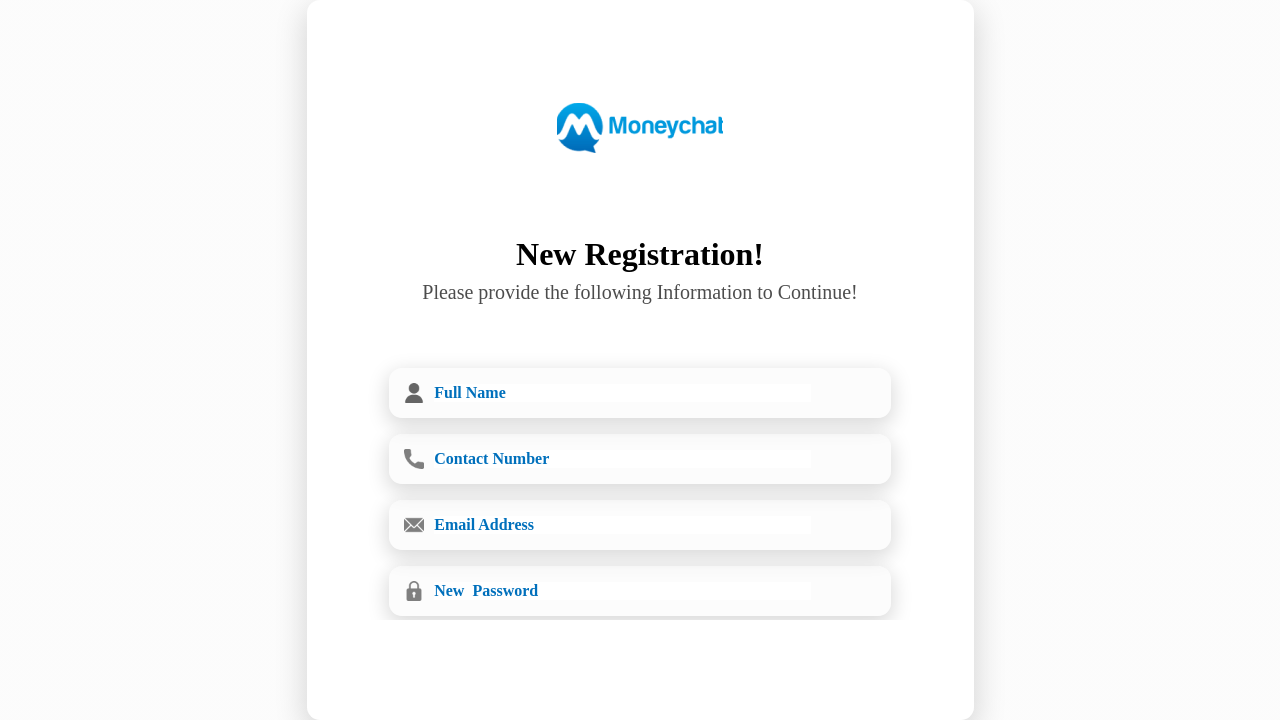
Repository: FlyweisReact/Money-Chat
Page: /register
An editor plug-in stored every save of this project. The page is shown before and after a run of saves, followed by the edit.
The browser window is 1280 px wide. The pictures show the whole page.
The project was rebuilt for these pictures with package versions that can differ from the ones it lists, and the page was loaded fresh each time. Also part of the build but not shown: src/forms/Login.jsx.

Above is the page before, as saved 2023-11-29 14:52:38.

### src/index.js
import React from "react";
import ReactDOM from "react-dom/client";
import "./index.css";
import App from "./App";
import { BrowserRouter } from "react-router-dom";
import 'bootstrap/dist/css/bootstrap.min.css'
// Commit Changes
const root = ReactDOM.createRoot(document.getElementById("root"));
root.render(
  <React.StrictMode>
    <BrowserRouter>
      <App />
    </BrowserRouter>
  </React.StrictMode>
);

### src/index.css
/** @format */

@tailwind base;
@tailwind components;
@tailwind utilities;

body {
  margin: 0;
  font-family: Quicksand !important;
  -webkit-font-smoothing: antialiased;
  -moz-osx-font-smoothing: grayscale;
}

code {
  font-family: Quicksand !important;
}

html {
  font-family: Quicksand !important;
}

::-webkit-scrollbar {
  width: 10px;
}
.fa-trash {
  color: red;
  cursor: pointer;
}

.iCOn {
  transition: 0.5s;
  box-shadow: none;
  transform: scale(1);
}
.cardDiv {
  cursor: pointer;
  width: 350px;
}
.CardDiv_Container {
  display: flex;
  flex-wrap: wrap;
  justify-content: center;
}

.cardDiv:hover .iCOn {
  box-shadow: rgba(0, 0, 0, 0.35) 0px 5px 15px;
  transform: scale(1.3);
}

/* Track */
::-webkit-scrollbar-track {
  background: #f1f1f1;
}

/* Handle */
::-webkit-scrollbar-thumb {
  background: #888;
}

/* Handle on hover */
::-webkit-scrollbar-thumb:hover {
  background: #555;
}
.profileImage {
  width: 100px;
}
.fa-eye {
  color: #029aff;
  cursor: pointer;
}
.fa-edit {
  cursor: pointer;
  color: blue;
}

.View {
  border: 1px solid black;
  width: 100%;
  padding: 10px;
}

.main-card--container {
  display: grid;
  grid-template-columns: repeat(3, minmax(300px, 500px));
  grid-gap: 50px;
  justify-content: space-around;
}
.card-container {
  margin: 25px 0 auto;
  box-shadow: rgba(0, 0, 0, 0.35) 0px 5px 15px;
  position: relative;
  display: grid;
  grid-template-columns: 1fr;
  justify-content: space-around;
  align-items: flex-start;
}

.myEdit:focus {
  box-shadow: rgba(0, 0, 0, 0.35) 0px 5px 15px;
}

.AstroLogin {
  color: #fff;
  background-color: #2b7a8e;
  padding: 10px;
  width: 380px;
  text-align: center;
  font-size: 20px;
  background: linear-gradient(to left, #2b7a8e 50%, #fff 50%) right;
  background-size: 200%;
  transition: 0.5s ease-out;
  border: 1px solid #2b7a8e;
  margin-top: 10px;
  text-transform: uppercase;
}
.AstroLogin:hover {
  background-position: left;
  color: #2b7a8e;
}

.EcommerceAdminLogin {
  color: #fff;
  background-color: #0c0c0c;
  padding: 10px;
  width: 380px;
  text-align: center;
  font-size: 20px;
  background: linear-gradient(to left, #0c0c0c 50%, #fff 50%) right;
  background-size: 200%;
  transition: 0.5s ease-out;
  border: 2px solid #0c0c0c;
  margin-top: 10px;
  text-transform: uppercase;
}

.EcommerceAdminLogin:hover {
  background-position: left;
  color: #0c0c0c;
  font-weight: bold;
}
.EcommerceVendorLogin {
  color: #fff;
  background-color: #576cbc;
  padding: 10px;
  width: 380px;
  text-align: center;
  font-size: 20px;
  background: linear-gradient(to left, #576cbc 50%, #fff 50%) right;
  background-size: 200%;
  transition: 0.5s ease-out;
  border: 1px solid #576cbc;
  margin-top: 10px;
  text-transform: uppercase;
}

.EcommerceVendorLogin:hover {
  background-position: left;
  color: #576cbc;
}

.view {
  background-color: #2196f3;
  color: #fff;
  width: 50%;
  padding: 5px;
}

.two-sec {
  display: flex;
  justify-content: space-evenly;
  justify-content: space-evenly;
}
.two-sec .left {
  width: 60%;
  background-color: #f6f1ef;
  padding: 20px;
}
.two-sec .left .head {
  font-size: 25px;
  font-weight: bold;
}

.two-sec .right {
  width: 30%;
  background-color: #f6f1ef;
}

.searchDiv {
  width: 100%;
  display: flex;
  gap: 10px;
  border: 1px solid rgb(179, 179, 179);
  padding: 10px;
  margin-bottom: 20px;
  align-items: center;
}
.searchDiv input {
  width: 94%;
  outline: none;
  border: none;
}

.flexCont {
  display: flex;
  align-items: center;
  gap: 10px;
}
.flexCont img {
  width: 60px;
  background-color: #e9ecef;
}

.blockContent {
  display: block;
}
.blockContent p {
  margin: 0;
}

.checkBox {
  width: 50px;
  height: 25px;
  background-color: #e9ecef;
  border-radius: 50px;
  position: relative;
  cursor: pointer;
}
.checkBox span {
  width: 20px;
  height: 20px;
  border-radius: 100%;
  background-color: #fff;
  position: absolute;
  left: 5px;
  top: 2px;
}
.ActivecheckBox {
  width: 50px;
  height: 25px;
  background-color: #0d6efd;
  border-radius: 50px;
  position: relative;
  cursor: pointer;
}
.ActivecheckBox span {
  width: 20px;
  height: 20px;
  border-radius: 100%;
  background-color: #fff;
  position: absolute;
  right: 5px;
  top: 2px;
}

.fa-eye {
  color: #0cba73;
  background-color: #d6f8e8;
  width: 35px;
  text-align: center;
  height: 35px;
  display: flex;
  border-radius: 100%;
  justify-content: center;
  padding-top: 10px;
  transition: 0.5s;
}

.fa-pen-to-square {
  color: #f4c39c;
  background-color: #ffebdb;
  width: 35px;
  text-align: center;
  height: 35px;
  display: flex;
  border-radius: 100%;
  justify-content: center;
  padding-top: 10px;
  cursor: pointer;
  transition: 0.5s;
}
.fa-trash {
  color: #df939f;
  background-color: #ffe1e8;
  width: 35px;
  text-align: center;
  height: 35px;
  display: flex;
  border-radius: 100%;
  justify-content: center;
  padding-top: 10px;
  cursor: pointer;
  transition: 0.5s;
}
.fa-trash:hover {
  transform: scale(1.2);
}
.fa-eye:hover {
  transform: scale(1.2);
}
.fa-pen-to-square:hover {
  transform: scale(1.2);
}
.required {
  color: #e74260;
}

.headP {
  /* font-weight: 600; */
  /* font-size: 25px; */
  color: #7b7c7d;
}
.filterBox {
  display: flex;
  align-items: center;
  gap: 10px;
  border-bottom: 1px solid #d4d7dc;
  padding-bottom: 20px;
  margin-bottom: 20px;
}
.filterBox img {
  width: 30px;
}
.filterBox input {
  width: 100%;
  border: 1px solid #d4d7dc;
  outline: none;
  padding: 5px;
  color: black;
  text-transform: capitalize;
}
.sectionCont {
  /* width: 98%; */
  background-color: #fff;
  /* margin-left: 2%; */
  padding: 20px;
}

.overFlowCont {
  width: 100%;
  overflow-x: auto;
}

.logo {
  width: 100px;
  margin-bottom: 20px;
}

.updateProfile {
  margin-left: 20px;
  border: 1px solid #fff;
  border-radius: 100%;
  font-size: 1.2rem;
  padding: 10px;
  transition: 0.5s;
  cursor: pointer;
}
.updateProfile:hover {
  border: 1px solid #19376d;
  color: #19376d;
  background-color: #fff;
}

.Normalbtn {
  background-color: #19376d !important;
  border: 1px solid #19376d !important;
  border-radius: 0px !important;
}

.ImageCarousel {
  width: 150px !important;
  margin: 0px !important;
  height: 150px !important;
}
.CarouselImages {
  width: 60px;
  height: auto;
}
.CarouselImages img {
  width: 100% !important;
  height: 100% !important;
}

.ModalCarousel {
  width: 100% !important;
  height: 500px !important;
}
.ModalCarousel {
  width: 100% !important;
  height: 500px !important;
}
.ModalCarousel img {
  width: 100% !important;
  height: 500px !important;
}

.gridCont {
  display: grid;
  grid-template-columns: auto auto auto;
  justify-content: space-evenly;
}
.gridCont div {
  width: 400px;
  height: 300px;
  box-shadow: rgba(0, 0, 0, 0.35) 0px 5px 15px;
  padding: 10px;
  position: relative;
  margin-top: 20px;
}
.gridCont div img {
  width: 100%;
}
.delete-Btn {
  width: 90%;
  margin-left: 2%;
  color: #c44b3f;
  border: 1px solid #c44b3f;
  position: absolute;
  bottom: 10px;
  transition: 0.5s;
  padding: 10px;
}

.delete-Btn:hover {
  background-color: #c44b3f;
  color: #fff;
}

.BannerCarousel {
  width: 300px;
  margin: 0px !important;
}
.BannerCarouselImage {
  width: 300px;
}
.BannerCarouselImage img {
  width: 100%;
}

.pagination {
  display: flex;
  justify-content: center;
  align-items: center;
  gap: 10px;
  margin-bottom: 20px;
}
.pagination button {
  border: 1px solid black;
  padding: 10px;
}

.activePage {
  background-color: #19376d;
  color: #fff;
  border: 1px solid #19376d !important;
}

.active {
  background-color: #fff;
  color: #19376d !important;
}
.prevBtn {
  background-color: #fff;
  color: #19376d;
  border: 1px solid #19376d !important;
  transition: 0.5s;
}

.prevBtn:hover,
.prevBtn:focus,
.prevBtn:active {
  background-color: #19376d;
  color: #fff;
  border: 1px solid #19376d !important;
}
.nextBtn {
  background-color: #fff;
  color: #19376d;
  border: 1px solid #19376d !important;
  transition: 0.5s;
}

.nextBtn:hover,
.nextBtn:focus,
.nextBtn:active {
  background-color: #19376d;
  color: #fff;
  border: 1px solid #19376d !important;
}

.dangerBox {
  position: relative;
}
.dangerBox i {
  position: absolute;
  top: 50%;
  left: 90%;
  transform: translate(-50%, -50%);
  cursor: pointer;
}

.centerImage {
  max-width: 300px;
}
.img-cont {
  display: flex;
  gap: 40px;
  /* justify-content: center; */
  align-items: center;
}

/* ============== user data styling =========*/

.ud2 {
  display: flex;
  justify-content: space-between;
  margin-top: 20px;
}
.ud3 {
  width: 49%;
}
.ud4 {
  width: 49%;
}

.ud4 button {
  background: #c44b3f;
  width: 50%;
  height: 40px;
  border-radius: 4px;
  border: none;
  color: #fff;
}

/* ============ single order styling ================*/

#pdfGen {
  margin: 20px;
}
#pdfGen .Heading-Container {
  display: flex;
  align-items: center;
}
#pdfGen .Heading-Container img {
  width: 100px;
}
#pdfGen .Heading-Container .content {
  width: 80%;
  text-align: center;
}
#pdfGen .Heading-Container .content h2 {
  margin: 0;
  font-weight: bold;
  font-size: 25px;
}
#pdfGen .Heading-Container .content p {
  margin: 0;
  font-size: 14px;
  font-weight: 600;
  color: #a8a1a1;
}

.two-cont {
  display: flex;
  justify-content: space-between;
  padding-top: 10px;
  gap: 20px;
}
.two-cont p {
  margin: 0;
}
.two-cont .left {
  width: 40%;
}
.two-cont .left h6 {
  font-size: 14px;
  font-weight: bold;
}
.two-cont .left .box {
  border: 2px solid black;
  width: 100%;
  padding: 8px;
}
.two-cont .left .box p {
  font-size: 15px;
}
.two-cont .left .box .strong {
  font-weight: bold;
}
.two-cont .left .box p {
  font-weight: 600;
}
.two-cont .right {
  width: 60%;
  border: 2px solid black;
  padding: 10px;
}
.two-cont .right table {
  width: 100%;
  table-layout: fixed;
}
.two-cont .right td {
  font-weight: 900 !important;
  padding: 5px;
}
.bordererd {
  border-right: 2px solid black;
}
#pdfGen .empty {
  background-color: #000;
  height: 2px;
  margin-top: 20px;
}

#pdfGen {
  min-height: 100vh;
  display: flex;
  justify-content: space-between;
  flex-direction: column;
}

#pdfGen .Table {
  width: 100%;
  margin-top: 20px;
}
#pdfGen .Table tbody tr {
  border: 1px solid black;
}
#pdfGen .Table tbody tr td {
  padding: 5px;
  padding-bottom: 10px;
}

#pdfGen .Main_Table {
  display: flex;
  justify-content: flex-end;
  align-items: center;
  padding-top: 10px;
  gap: 50px;
  align-items: center;
}
#pdfGen .Main_Table p {
  font-weight: 900;
}

#pdfGen .below_Div .four-sec {
  display: flex;
  justify-content: space-evenly;
  border-top: 2px solid black;
  border-bottom: 2px solid black;
  padding: 4px;
}
#pdfGen .below_Div .four-sec p {
  margin: 0;
  font-size: 13px;
  text-align: center;
}
#pdfGen .below_Div .four-sec .stronger {
  font-weight: bold;
}

#pdfGen .below_Div .big_Head {
  font-size: 25px;
  background-color: #85827b;
  text-align: center;
  font-weight: bold;
  color: #fff;
  padding: 0;
  margin: 0;
  padding-bottom: 10px;
}
#pdfGen .below_Div .text-cont p {
  margin: 0;
  font-weight: 700;
  font-size: 14px;
  color: #85827b;
}
#pdfGen .below_Div .text-cont {
  text-align: center;
}
#pdfGen .below_Div .text-cont h5 {
  margin: 0;
  font-weight: 900;
}

.so2 {
  width: 100%;
}

.so4 {
  display: flex;
  justify-content: space-between;
}
.so4 p {
  margin: 0;
}

.searchByDate {
  display: flex;
  align-items: center;
  gap: 10px;
  border-bottom: 1px solid #d4d7dc;
  padding-bottom: 20px;
  margin-bottom: 20px;
  flex-wrap: wrap;
  justify-content: space-between;
}
.searchByDate div {
  width: 45%;
  display: flex;
  gap: 20px;
  align-items: center;
}
.searchByDate input {
  border: 1px solid #d4d7dc;
  width: 80%;
  padding: 10px;
  outline: none;
}

.so5 {
  margin-top: 20px;
  width: 98;
  margin-left: 1%;
}

.so5 table {
  width: 100%;
}
.so5 table th,
td {
  font-size: 13px;
  font-weight: 600;
}
.so6 {
  margin-top: 40px;
  margin-left: 65%;
  width: 30%;
}

.so7 {
  display: flex;
  justify-content: space-between;
  width: 80%;
}
.so7 p {
  margin: 0;
}

.downloadBtn {
  background: #0cba73;
  height: 40px;
  color: #fff;
  border-radius: 4px;
  padding: 10px;
}

.Info_Box p {
  margin: 0;
}
.Info_Box .title {
  margin-bottom: 5px;
  font-size: 20px;
  font-weight: 700;
}
.Info_Box .desc {
  border: 1px solid #ced4da;
  padding: 10px;
  border-radius: 5px;
}

.Desc-Container p.title {
  margin-bottom: 0.5rem;
}
.Desc-Container p.desc {
  display: block;
  width: 100%;
  padding: 0.375rem 0.75rem;
  font-size: 1rem;
  font-weight: 400;
  line-height: 1.5;
  color: #212529;
  border: 1px solid #ced4da;
  border-radius: 0.375rem;
  background-color: #e9ecef;
  overflow-wrap: anywhere;
}

.Schedule_Enquiry_Modal {
  background-color: rgb(10, 72, 173);
  color: #fff;
}
.Schedule_Enquiry_Modal .close_btn {
  display: flex;
  justify-content: space-between;
  align-items: center;
}
.Schedule_Enquiry_Modal .close_btn h4 {
  margin: 0;
}
.Schedule_Enquiry_Modal .close_btn i {
  font-size: 20px;
  cursor: pointer;
}

.searchByDate select {
  border: 1px solid #d4d7dc;
  padding: 10px;
  outline: none;
}

/*Chat  */
.chat {
  display: flex;
  gap: 40px;
  align-items: flex-start;
}
.chat .sidebar {
  flex: 0 0 30%;
  max-width: 30%;
  border: 1px solid #ddd;
}
.chat .menu-list .container {
  display: flex;
  gap: 10px;
  align-items: center;
  cursor: pointer;
  border-top: 1px solid #ddd;
  height: 72px;
}
.chat .menu-list .container:hover {
  background-color: #f0f2f5;
}
.chat .menu-list .container.active {
  background-color: #f0f2f5;
}
.chat .menu-list .container:first-child {
  border: none;
}
.chat .menu-list .container img {
  width: 49px;
  height: 49px;
  border-radius: 100%;
  vertical-align: middle;
}
.chat .menu-list .container p {
  font-size: 20px;
  font-weight: 700;
  margin: 0;
  padding-right: 15px;
}

.chat .content {
  flex: 70%;
  max-width: 70%;
}
.chat .chat-box {
  border: 1px solid #ddd;
  padding: 20px;
}
.chat .chat-box .ttt {
  max-height: 500px;
  overflow-y: scroll;
  padding: 20px;
}
.chat .chat-box .img-container {
  display: flex;
  gap: 10px;
  align-items: center;
  cursor: pointer;
  margin-top: 10px;
}
.chat .chat-box .img-container img {
  width: 30px;
  height: 30px;
  border-radius: 100%;
  vertical-align: middle;
}
.chat .chat-box .img-container span {
  font-size: 12px;
  font-weight: 700;
  margin: 0;
}
.chat .chat-box .img-container span .date {
  margin-left: 10px;
}

.chat .chat-box .text {
  font-size: 16px;
  margin: 0;
  padding-top: 10px;
  width: 100%;
}

.chat .chat-box .right {
  display: flex;
  flex-direction: column;
  gap: 5px;
  text-align: right;
}
.chat .chat-box .right .img-container {
  flex-direction: row-reverse;
}

.chat .chat-box .send_button {
  display: flex;
  gap: 20px;
  align-items: center;
  margin-top: 20px;
}

.chat .chat-box .send_button button {
  width: 150px;
  background-color: #1a949f;
  padding: 10px;
  color: #fff;
}
.chat .chat-box .send_button input {
  width: 100%;
  outline: none;
  border: 1px solid #000;
  padding: 10px;
  border-radius: 5px;
}

/* New Code */
.Login_screen {
  background: linear-gradient(
      0deg,
      rgba(238, 238, 238, 0.2) 0%,
      rgba(238, 238, 238, 0.2) 100%
    ),
    #fff;
  display: flex;
  flex-direction: column;
  justify-content: center;
  align-items: center;
  width: 100%;
  height: 100vh;
}
.Login_screen .Login_Container {
  max-width: 667px;
  max-height: 785px;
  width: 100%;
  height: 100%;
  border-radius: 13px;
  background: #fff;
  box-shadow: 0px 10px 30px 3px rgba(0, 0, 0, 0.15);
  padding: 20px;
  padding-bottom: 50px;
  display: flex;
  flex-direction: column;
  justify-content: center;
}
.Login_screen .Login_Container .logo {
  display: block;
  margin: auto;
  width: 166px;
}
.Login_screen .Login_Container .description h6 {
  color: #000;
  text-align: center;
  font-size: 32px;
  font-style: normal;
  font-weight: 700;
  line-height: normal;
}

.Login_screen .Login_Container .description p {
  color: rgba(0, 0, 0, 0.7);
  text-align: center;
  font-size: 20px;
  font-style: normal;
  font-weight: 400;
  line-height: normal;
}

.Login_Container .input_container{
  margin-bottom: 50px;
  max-height: 300px;
  overflow-y: scroll;
}
.Login_Container .input_group {
  display: flex;
  gap: 10px;
  align-items: center;
  border-radius: 13px;
  background: rgba(238, 238, 238, 0.2);
  box-shadow: 0px 6px 20px 2px rgba(0, 0, 0, 0.15);
  padding: 15px;
  width: 80%;
  margin: auto;
}
.Login_Container .input_group img {
  width: 20px;
}
.Login_Container .input_group input {
  outline: none;
  border: none;
  color: #0070bc;
  font-size: 16px;
  font-style: normal;
  font-weight: 500;
  line-height: normal;
  font-weight: 600;
  width: 80%;
}
.Login_Container .input_group input::placeholder {
  color: #0070bc;
  font-weight: 600;
}

.Login_Container .login_btn {
  max-width: 250px;
  width: 100%;
  display: block;
  margin: auto;
  margin-top: 40px;
  color: #fff;
  text-align: center;
  font-size: 18px;
  font-style: normal;
  font-weight: 600;
  line-height: normal;
  border-radius: 10px;
  background: linear-gradient(180deg, #fea82f 0%, #fd575b 100%);
  padding: 15px;
}

.Login_Container .create_new {
  display: flex;
  justify-content: center;
  gap: 20px;
  align-items: center;
  margin-top: 50px;
}

.Login_Container .create_new .item {
  display: flex;
  gap: 10px;
  align-items: center;
  width: 300px;
  justify-content: center;
}
.Login_Container .create_new .item img {
  width: 20px;
}
.Login_Container .create_new .item span {
  color: rgba(0, 0, 0, 0.7);
  text-align: center;
  font-size: 16px;
  font-style: normal;
  font-weight: 600;
  line-height: normal;
}

.Login_Container .create_new .item:first-child {
  border-right: 2px solid #000;
  padding-right: 10px;
}

.Login_Container a{
  text-decoration: none;
}

### src/App.js
/** @format */

import { Routes, Route } from "react-router-dom";
import { ToastContainer } from "react-toastify";
import "react-toastify/dist/ReactToastify.css";
import Login from "./forms/Login";
import Regestration from "./forms/Regestration";

function App() {
  return (
    <>
      <ToastContainer
        autoClose={5000}
        hideProgressBar={false}
        newestOnTop={false}
        closeOnClick
        rtl={false}
        pauseOnFocusLoss
        draggable
        pauseOnHover
      />

      <Routes>
        <Route path="/" element={<Login />} />
        <Route path="/register" element={<Regestration />} />
      </Routes>
    </>
  );
}

export default App;

### src/forms/Regestration.js
/** @format */

import { Link } from "react-router-dom";
import logo from "../Images/logo.png";

const Regestration = () => {
  return (
    <div className="Login_screen">
      <form className="Login_Container ">
        <img src={logo} alt="" className="logo" />

        <div className="description">
          <h6>New Registration! </h6>
          <p>Please provide the following Information to Continue!</p>
        </div>

        <div className="input_container">
          <div className="input_group mt-5">
            <img src="./Image/1.png" alt="" />
            <input type="text" placeholder="Full Name" />
          </div>
          <div className="input_group mt-3">
            <img src="./Image/5.png" alt="" />
            <input type="text" placeholder="Contact Number" />
          </div>
          <div className="input_group mt-3">
            <img src="./Image/6.png" alt="" />
            <input type="text" placeholder="Email Address" />
          </div>
          <div className="input_group mt-3">
            <img src="./Image/7.png" alt="" />
            <input type="text" placeholder="New  Password" />
          </div>
          <div className="input_group mt-3">
            <img src="./Image/8.png" alt="" />
            <input type="text" placeholder="Re - Enter Password" />
          </div>
        </div>

      </form>
    </div>
  );
};

export default Regestration;

Loaded but not shown: tailwind.config.js (common file)

After the next 2 saves:
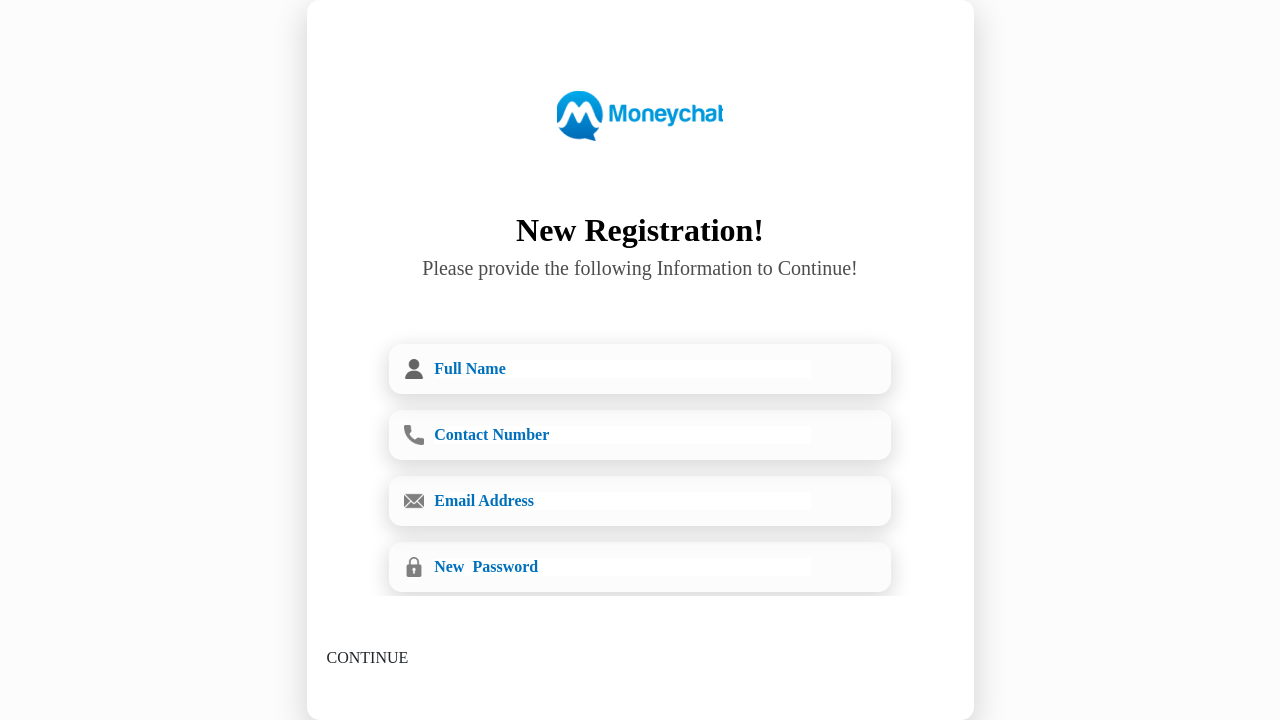
The 2 saves are shown as one change because they came seconds apart.
The last was saved 15 s later.
--- a/src/forms/Regestration.js
+++ b/src/forms/Regestration.js
@@ -37,6 +37,11 @@
           </div>
         </div>
 
+        <div className="button_container">
+        <button>CONTINUE</button>
+
+        </div>
+
       </form>
     </div>
   );
